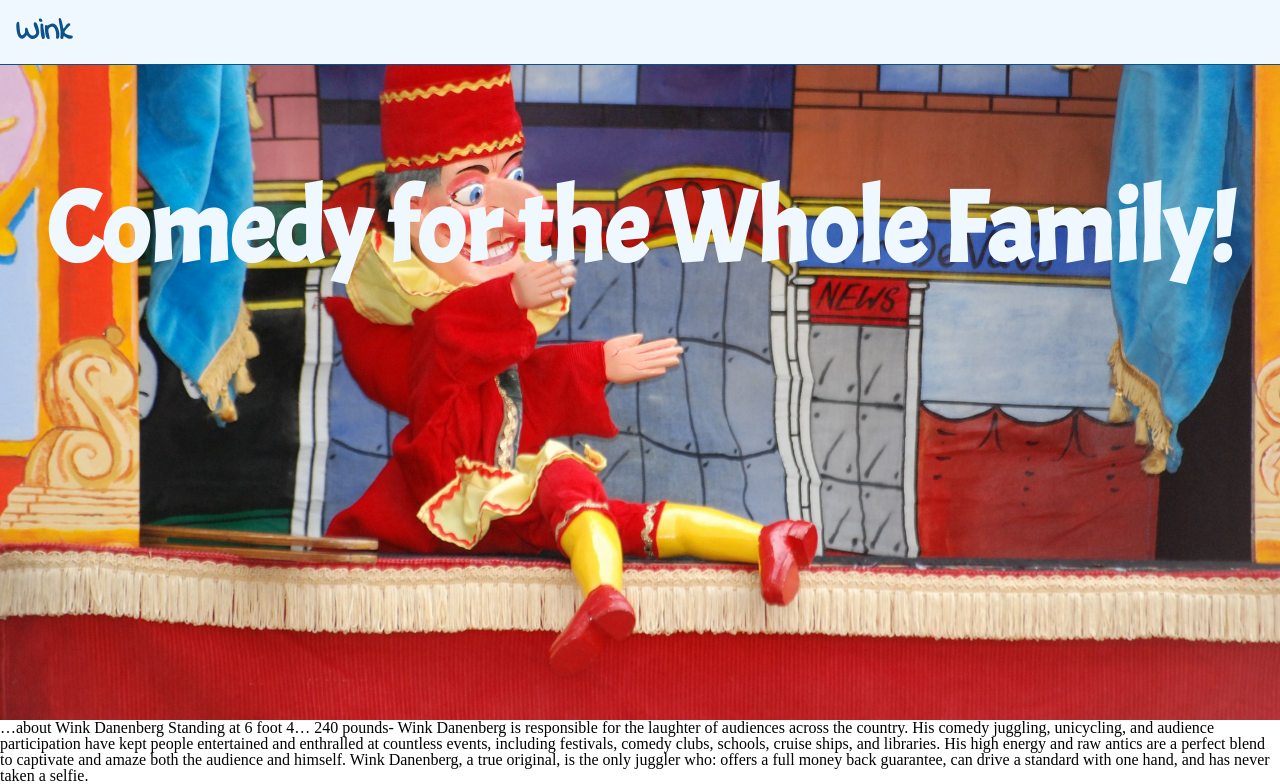
Repository: Sbethm/wink
Page: index.html
The author's editor kept a copy of each file at every save. The page is drawn from the files as they stood at one save, then again after the next save.
The browser window is 1280 px wide. The pictures show the whole page.
The style sheet was rebuilt from its Sass, Less or Tailwind sources for each picture, by a compiler version that may differ from the author's.

Above is the page before, as saved 2021-08-13 11:59:13.

After the next save:
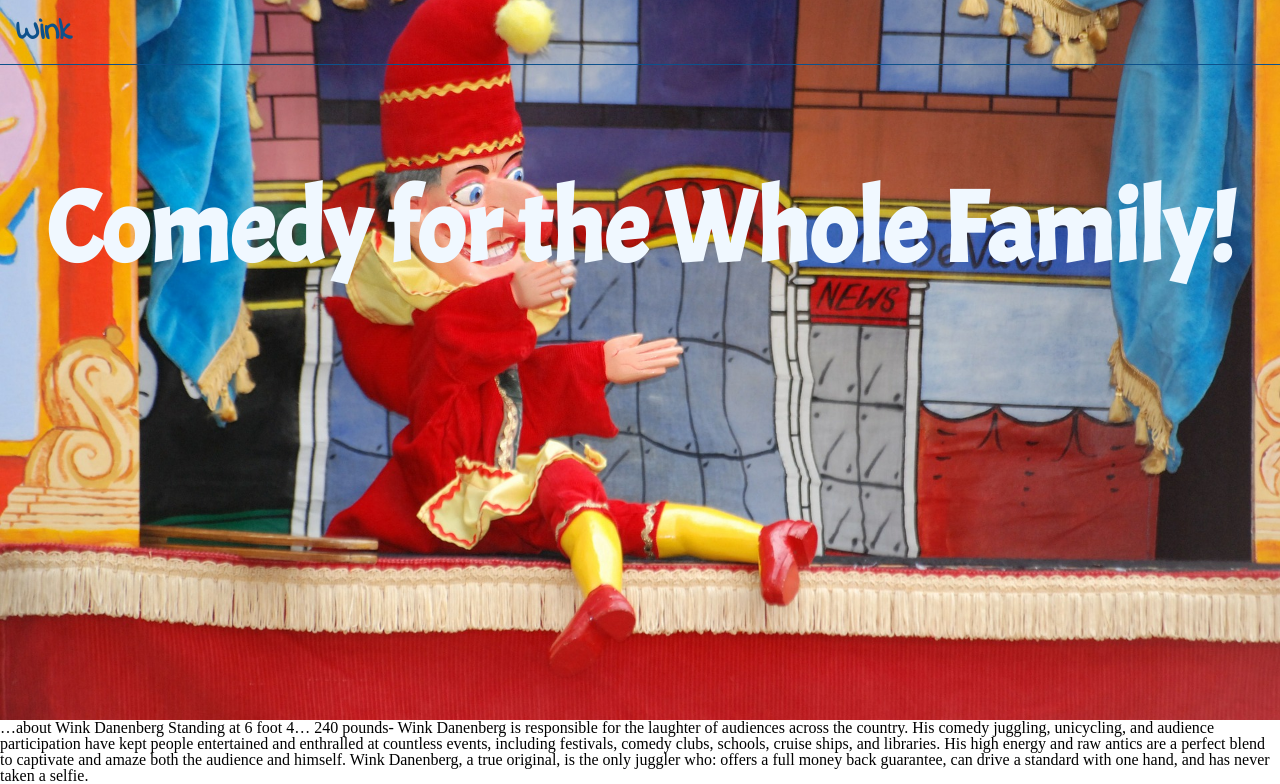
Saved 9 s later.
--- a/JS/main.js
+++ b/JS/main.js
@@ -8,7 +8,7 @@
     if (window.scrollY > 630) {
       headerBg.style.background = 'none';
     } else {
-      headerBg.classList.remove('updated-class');
+        headerBg.style.background = 'none';;
     }
   }
 

After the 4 saves that followed:
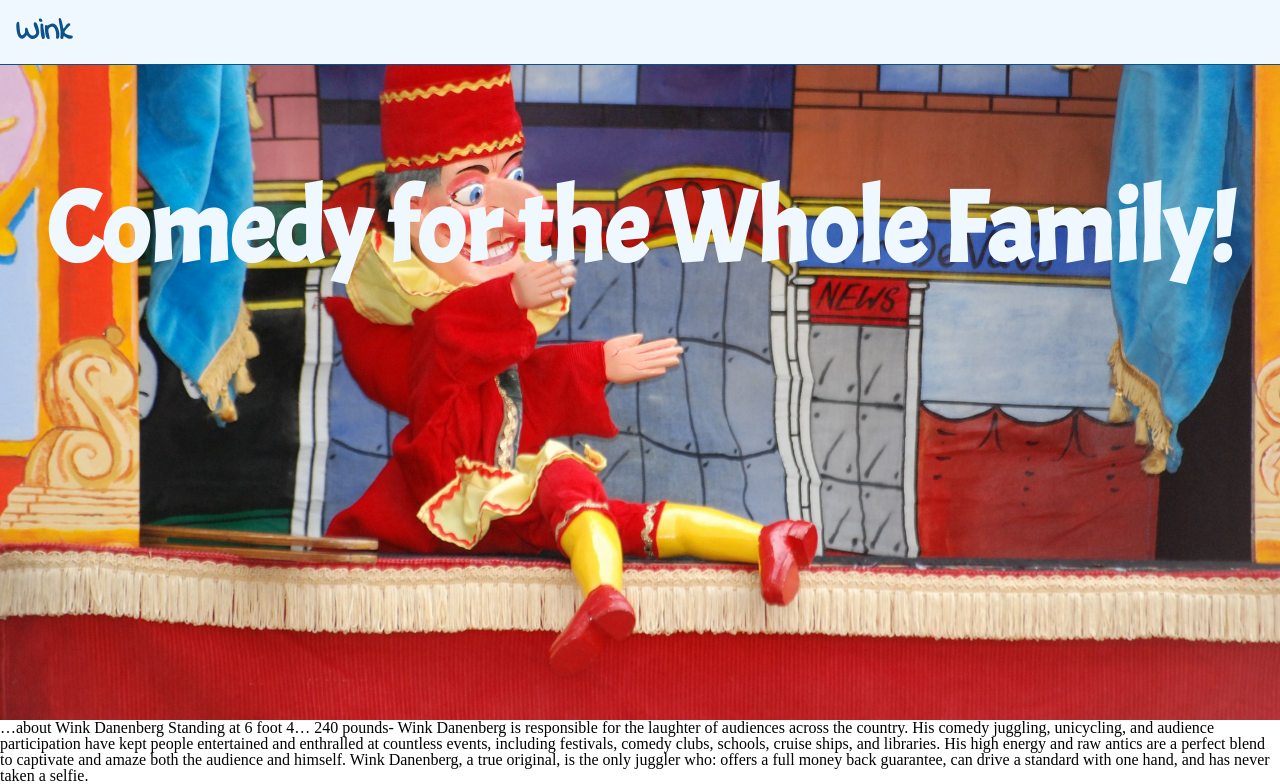
The 4 saves are shown as one change because 1 left the picture as it was and some came seconds apart.
The last was saved 16 s later.
--- a/JS/main.js
+++ b/JS/main.js
@@ -8,7 +8,7 @@
     if (window.scrollY > 630) {
       headerBg.style.background = 'none';
     } else {
-        headerBg.style.background = 'none';;
+        headerBg.style.background = 'aliceblue';;
     }
   }
 
